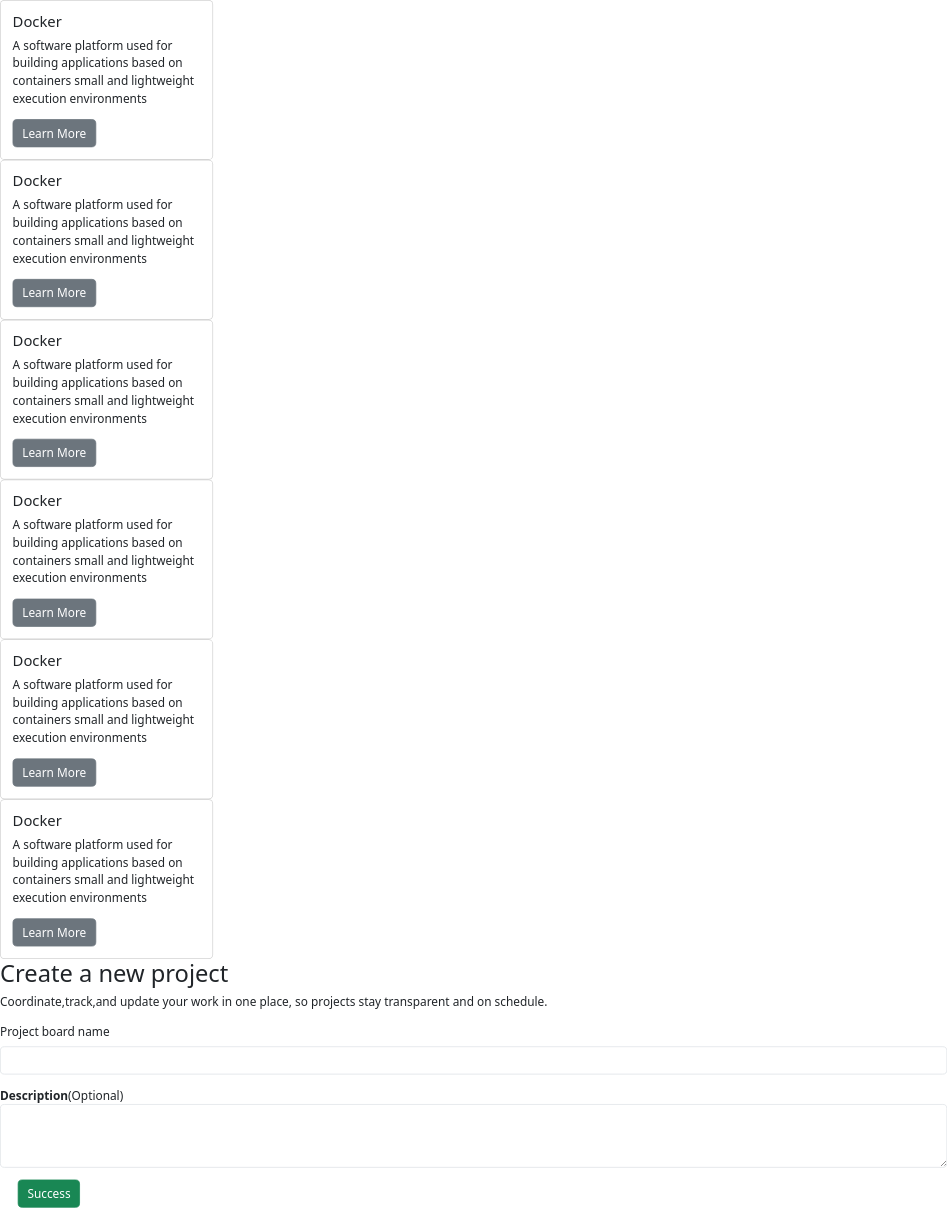
Repository: NSS-Evening-25-Cohort/e25-gitsub-control-alt-defeat
Page: index.html
These files come from the project's save history. The page is drawn as it stood at one moment and after the next save; the edit follows.
The browser window is 1280 px wide. The pictures show the whole page, at 74% of full size.

Above is the page before, as saved 2023-11-07 19:12:48.

After the next save:
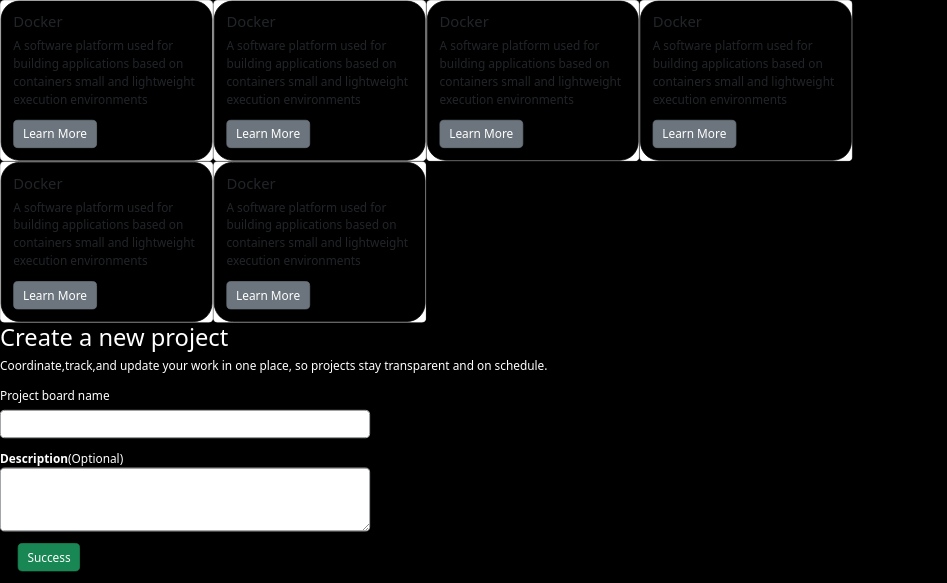
Saved 40 s later.
--- a/main.css
+++ b/main.css
@@ -1,63 +1,23 @@
-/* body {
+body {
   background-color: black;
-  display: flex;
-  flex-direction: column;
 }
 
-.headerPlacement {
+#app1{
+  flex-wrap: wrap;
   display: flex;
-  justify-content: end;
 }
 
-header {
-  margin: 3%;
-  height: 3rem;
-  width: 65%;
-  justify-content: left;
-  display: flex;
-  gap: 5%;
-  background-color: blue;
+.mb-3{
+  width:500px;
+  color: white;
 }
 
-#sidebar {
-  background-color: blueviolet;
-  float: left;
-  margin-right: 8%;
-  width: 175px;
+.packageHeader{
+  color:white;
 }
 
-.appContainer {
-  display: flex;
-  justify-content: center;
-  margin: 3%;
+.card-body{
+  border: solid black 1px;
+  border-radius: 25px;
+  background-color:black;
 }
-
-#app1 {
-  background-color: aqua;
-  height: 250px;
-  width: 400px;
-}
-
-#app2 {
-  margin-top: 5%;
-  background-color: blue;
-  height: 250px;
-}
-
-.footer {
-  background-color: aquamarine;
-  display: flex;
-  justify-content: center;
-  gap: 10%;
-}   */
-
-.footer img {
-  width: 10px;
-  height: 10px;
-  border-radius: 10px;
-  margin-right: 10px;
-}
-#app2 {
-  display: flex;
-  flex: wrap;
-}
